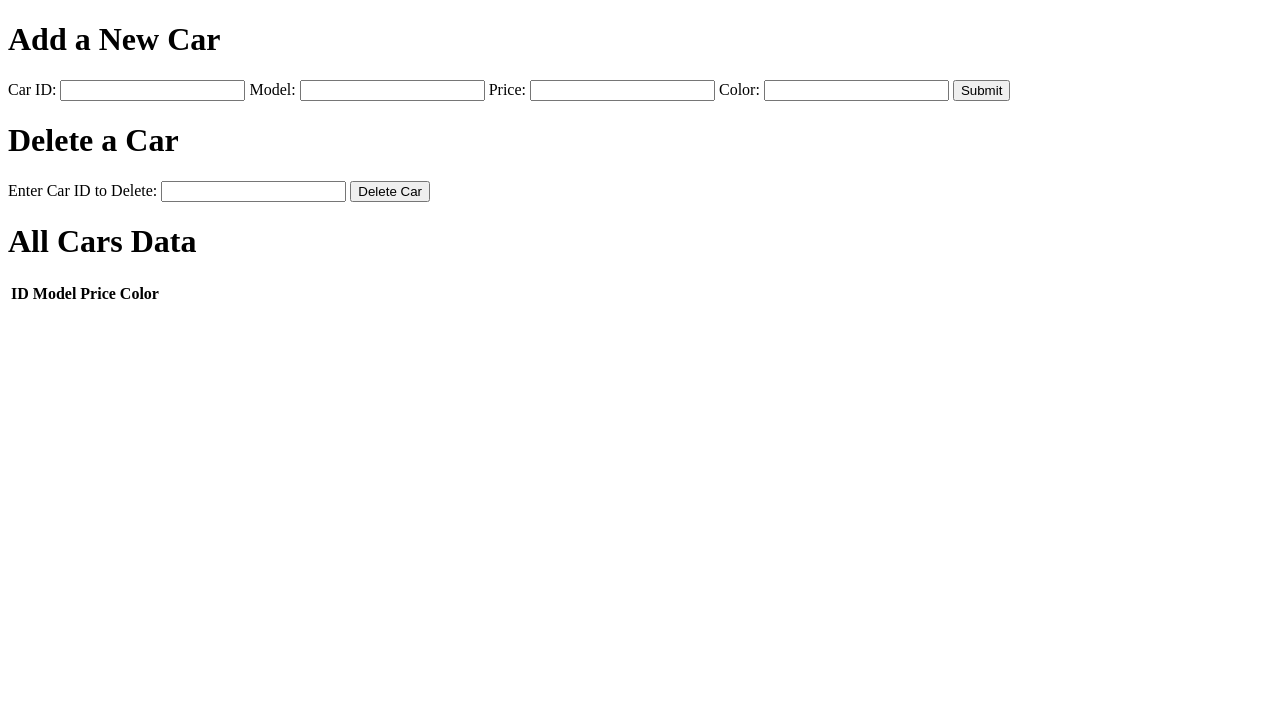
Repository: akshayambulgekar/TrainingProject
Page: Cars/Cars/src/main/resources/static/index.html
An editor plug-in stored every save of this project. The page is shown before and after the next save, followed by the edit.
The browser window is 1280 px wide. The pictures show the whole page.
The page's requests for data from a server got no answer.

Above is the page before, as saved 2023-07-24 09:26:06.

After the next save:
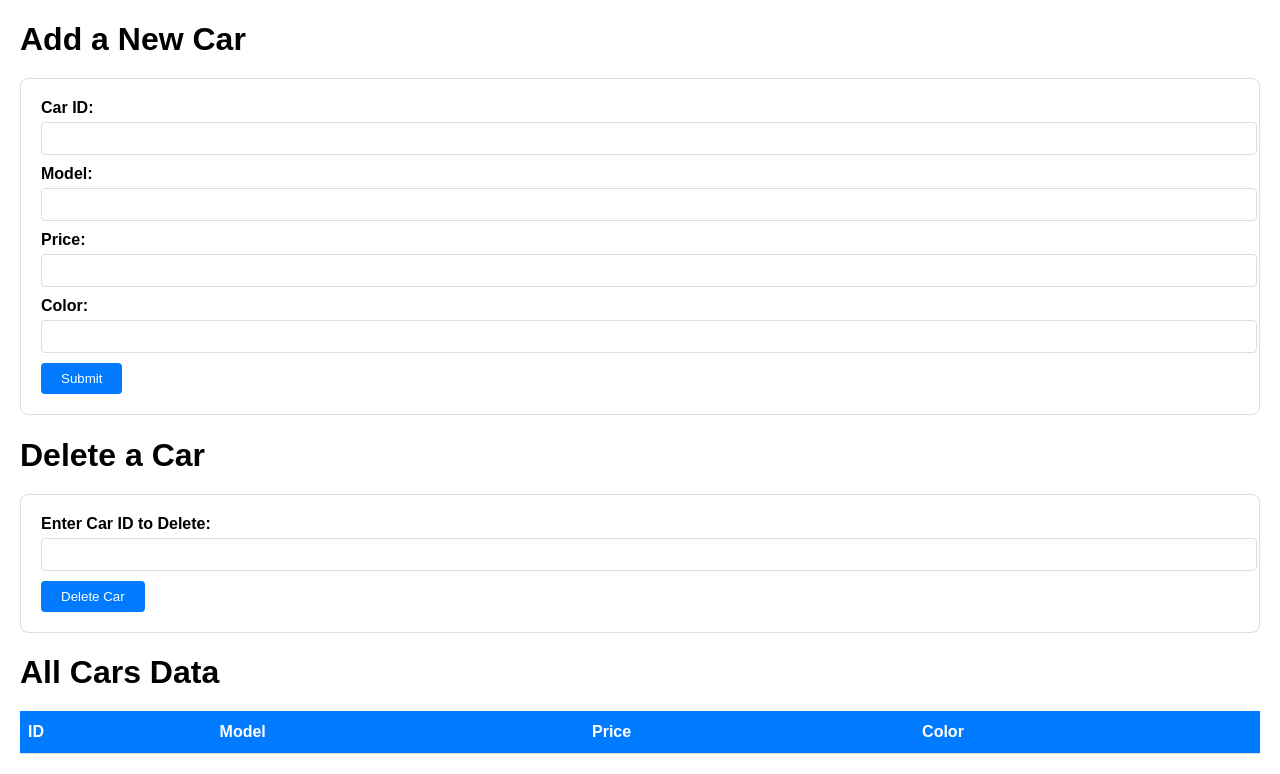
Saved 11 min 5 s later.
--- a/Cars/Cars/src/main/resources/static/index.html
+++ b/Cars/Cars/src/main/resources/static/index.html
@@ -2,7 +2,68 @@
 <html>
 <head>
     <title>Car Form</title>
-
+    <style>
+        body {
+            font-family: Arial, sans-serif;
+            margin: 20px;
+        }
+
+        h1 {
+            margin-bottom: 20px;
+        }
+
+        form {
+            border: 1px solid #ddd;
+            padding: 20px;
+            margin-bottom: 20px;
+            border-radius: 8px;
+        }
+
+        form label {
+            display: block;
+            margin-bottom: 5px;
+            font-weight: bold;
+        }
+
+        form input[type="text"],
+        form input[type="number"] {
+            width: 100%;
+            padding: 8px;
+            border: 1px solid #ddd;
+            border-radius: 4px;
+            margin-bottom: 10px;
+        }
+
+        form input[type="submit"],
+        button {
+            background-color: #007BFF;
+            color: white;
+            padding: 8px 20px;
+            border: none;
+            border-radius: 4px;
+            cursor: pointer;
+        }
+
+        table {
+            border-collapse: collapse;
+            width: 100%;
+        }
+
+        th, td {
+            padding: 12px 8px;
+            border-bottom: 1px solid #ddd;
+            text-align: left;
+        }
+
+        th {
+            background-color: #007BFF;
+            color: white;
+        }
+
+        tr:nth-child(even) {
+            background-color: #f2f2f2;
+        }
+    </style>
 
 
 </head>
